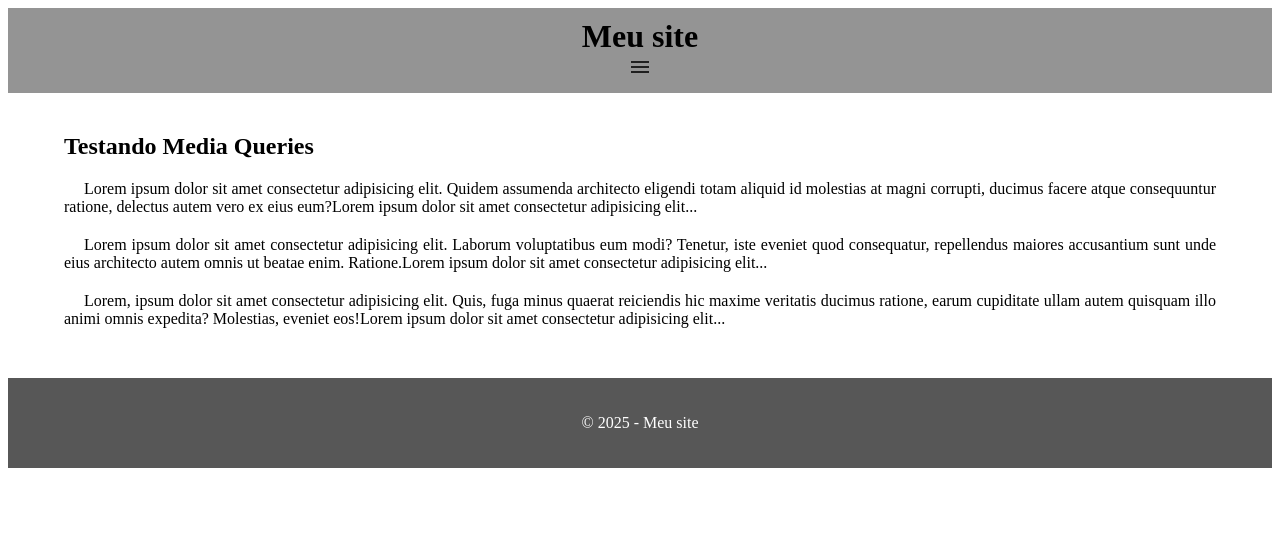
Repository: Sandro1969-tech/menu-hamburger
Page: index.html
An editor plug-in stored every save of this project. The page is shown before and after a run of saves, followed by the edit.
The browser window is 1280 px wide. The pictures show the whole page.

Above is the page before, as saved 2025-12-26 15:16:53.

### index.html
<!DOCTYPE html>
<html lang="pt-br">
<head>
  <meta charset="UTF-8">
  <meta name="viewport" content="width=device-width, initial-scale=1.0">
  <title>Media Queries</title>
  <style>
    link
    .menu-icon {
      display: block;
      margin: 10px auto;
      width: 40px;
      cursor: pointer;
    }
    .menu-icon:hover {
      filter: invert(100%);
    }
    header {
      background-color: rgb(148, 148, 148);
      padding: 10px;
      text-align: center;
    }
    header h1 {
      margin: 0;
    }

    /* Menu escondido por padrão */
    #menu {
      display: none;
    }

    menu > ul {
      list-style-type: none;
      margin: 0;
      padding: 0;
    }

    menu a {
      display: block;
      padding: 10px;
      text-decoration: none;
      background-color: rgb(87,87,87);
      text-align: center;
      color: white;
      border-top: 2px solid grey;
    }

    menu > ul > li:hover a {
      background-color: rgba(119, 136, 153, 0.459);
    }

    main {
      width: 90vw;
      background-color: white;
      margin: auto;
      margin-top: 10px;
      padding: 10px;
      border-radius: 10px;
    }

    article > p {
      text-align: justify;
      margin-bottom: 20px;
      text-indent: 20px;
    }

    footer {
      background-color: rgb(87,87,87);
      color: white;
      text-align: center;
      padding: 20px;
      margin-top: 20px;
    }
  </style>
</head>
<body>
  <header>
    <h1>Meu site</h1>
    <!-- Ícone chama a função -->
    <img src="image/iconmenu.png" alt="Menu" class="menu-icon" onclick="clickMenu()">

    <!-- Menu com lista -->
    <menu id="menu">
      <ul>
        <li><a href="#">Opção 1</a></li>
        <li><a href="#">Opção 2</a></li>
        <li><a href="#">Opção 3</a></li>
        <li><a href="#">Opção 4</a></li>
        <li><a href="#">Opção 5</a></li>
      </ul>
    </menu>
  </header>

  <main>
    <article>
      <h2>Testando Media Queries</h2>
      <p>Lorem ipsum dolor sit amet consectetur adipisicing elit. Quidem assumenda architecto eligendi totam aliquid id molestias at magni corrupti, ducimus facere atque consequuntur ratione, delectus autem vero ex eius eum?Lorem ipsum dolor sit amet consectetur adipisicing elit...</p>
      <p>Lorem ipsum dolor sit amet consectetur adipisicing elit. Laborum voluptatibus eum modi? Tenetur, iste eveniet quod consequatur, repellendus maiores accusantium sunt unde eius architecto autem omnis ut beatae enim. Ratione.Lorem ipsum dolor sit amet consectetur adipisicing elit...</p>
      <p>Lorem, ipsum dolor sit amet consectetur adipisicing elit. Quis, fuga minus quaerat reiciendis hic maxime veritatis ducimus ratione, earum cupiditate ullam autem quisquam illo animi omnis expedita? Molestias, eveniet eos!Lorem ipsum dolor sit amet consectetur adipisicing elit...</p>
    </article>
  </main>

  <footer>
    <p>© 2025 - Meu site</p>
  </footer>

  <!-- Script no final -->
  <script>
    function clickMenu() {
      const menu = document.getElementById('menu');
      if (menu.style.display === 'block') {
        menu.style.display = 'none';
      } else {
        menu.style.display = 'block';
      }
    }
  </script>
</body>
</html>

After the next 5 saves:
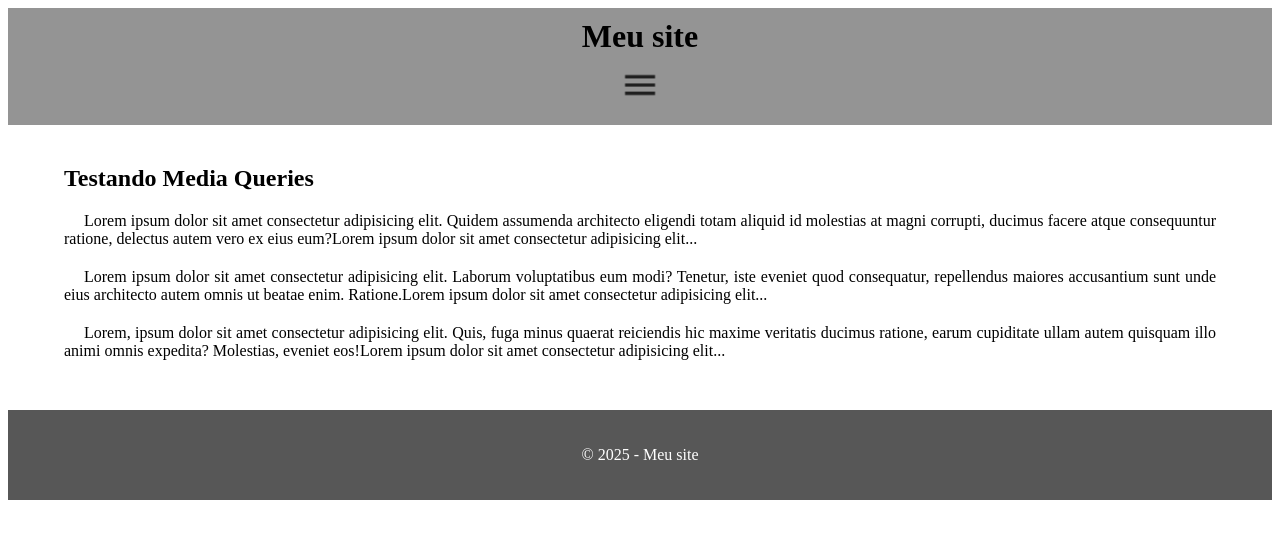
The 5 saves are shown as one change because they came seconds apart.
The last was saved 15 s later.
--- a/index.html
+++ b/index.html
@@ -4,8 +4,9 @@
   <meta charset="UTF-8">
   <meta name="viewport" content="width=device-width, initial-scale=1.0">
   <title>Media Queries</title>
+  <link rel="stylesheet" href="">
   <style>
-    link
+
     .menu-icon {
       display: block;
       margin: 10px auto;
